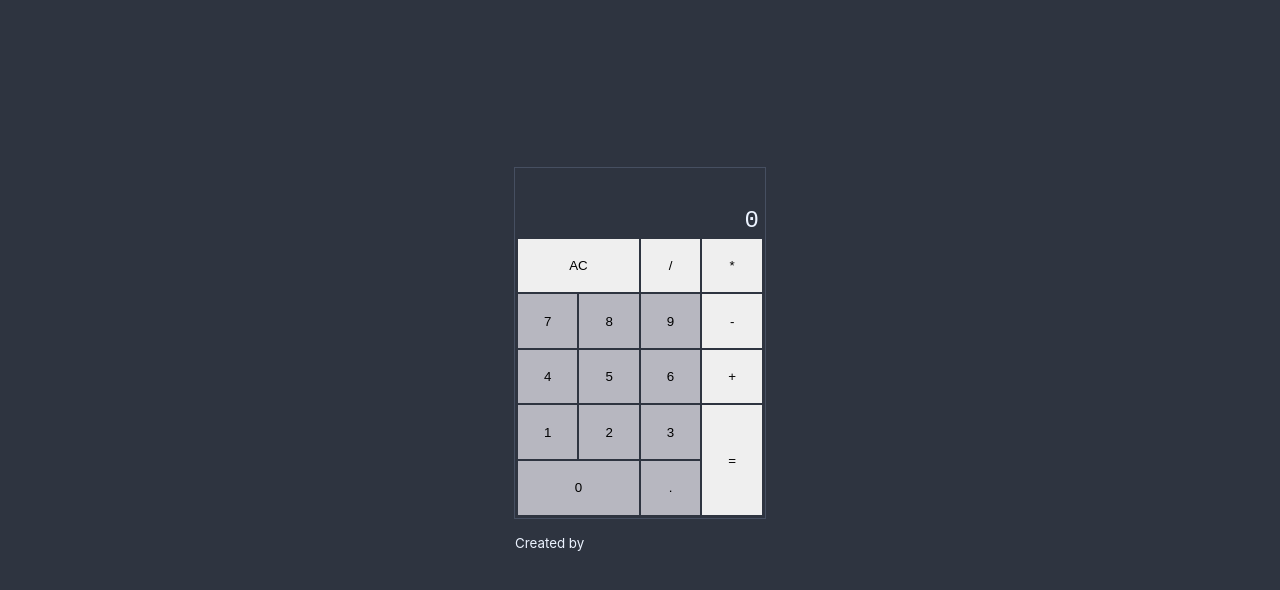
Repository: asing44/FCC
Page: / (app in Front-End-Projects/Calculator/)
These files come from the project's save history. The page is drawn as it stood at one moment and after the next save; the edit follows.
The browser window is 1280 px wide. The pictures show the whole page.
The project was rebuilt for these pictures with package versions that can differ from the ones it lists, and the page was loaded fresh each time. Also part of the build but not shown: Front-End-Projects/Calculator/vite.config.js.

Above is the page before, as saved 2024-12-14 00:27:44.

### Front-End-Projects/Calculator/src/assets/main.css
@import './base.css';

#app {
  height: 100vh;
  display: grid;
  place-content: center;
  font-weight: normal;
}

.u_content-center {
  display: grid;
  place-content: center;
}

main {
  display: grid;
  place-content: center;
}

small {
  margin-top: 1rem;
}

### Front-End-Projects/Calculator/src/App.vue
<script setup>
import Calculator from './CalculatorMain.vue';
</script>

<template>
  <main>
    <Calculator class="calculator"/>
  </main>
  <small>Created by <strong></strong></small>
</template>

### Front-End-Projects/Calculator/src/assets/base.css
:root {
  --Color-background: #2E3440;
  --Color-text: #ECF3FF;
}

*,
*::before,
*::after {
  box-sizing: border-box;
  margin: 0;
  font-weight: normal;
  transition: all 400ms ease;
}

body {
  min-height: 100vh;
  color: var(--Color-text);
  background: var(--Color-background);
  line-height: 1.4;
  font-family:
    Inter,
    -apple-system,
    BlinkMacSystemFont,
    'Segoe UI',
    Roboto,
    Oxygen,
    Ubuntu,
    Cantarell,
    'Fira Sans',
    'Droid Sans',
    'Helvetica Neue',
    sans-serif;
  font-size: 16px;
  text-rendering: optimizeLegibility;
  -webkit-font-smoothing: antialiased;
  -moz-osx-font-smoothing: grayscale;
}

### Front-End-Projects/Calculator/src/CalculatorMain.vue
<script setup>
import { ref } from 'vue';
import { create, all } from 'mathjs'

const config = {}
const math = create(all, config)

const displayUpper = ref("");
const displayLower = ref("0");
// ?* Need to get rid of "0" after start®

function reset() {
    displayLower.value = "0";
    displayUpper.value = ""
}

let initDisplay = function() {
    let toggler = false;
    if (!toggler) {
        toggler = true;
        displayLower.value = ""
    }
};

function clickHandler(event) {
    displayLower.value = "0";
    initDisplay();
    if (displayUpper.value + event.target.innerText != 0) {
        displayUpper.value = displayUpper.value + event.target.innerText
        event.target.classList.contains('btnDigit') ? appendInput(event) : null
        event.target.classList.contains('btnAction--AC') ? reset() : null
    } if (event.target.innerText.match(/[./+=-]/g)) {
        displayLower.value = event.target.innerText;
    }
    else {
        null
    }
}

function appendInput(event) {
    displayLower.value += event.target.innerText;
}
// Calculates top row
function calculate() {
    let originalString = displayUpper.value;

    let operandCount = 0;
    let numberCount = 0;


    // 1. Split original string
    let splitString = displayUpper.value.split('');
    /*  2 Find if string contains: )
        a. only one or more operand -> return "NAN"
        b. only one or more number -> return number
        c. one or more operand but only one number -> return number
        d. Starts with an operand and is longer than 1? -> remove front operand
    */

    splitString.forEach(item => {
        item.match(/\D/) ? operandCount++ : "";
        item.match(/\d/) ? numberCount++ : "";
    })

    // Testing for base cases
    if ((originalString.length == operandCount) && numberCount == 0) {
        console.log("NAN")
    } if (originalString.length == numberCount) {
        console.log("One number")
    } if ((operandCount == originalString.length - 1) && numberCount == 1) {
        console.log("Case: one or more operand but only one number")
    } if (originalString.match(/^\D/) && originalString.length > 1) {
        console.log(splitString.slice(1).join(""))
    }

    displayLower.value = math.evaluate(displayUpper.value)
}

</script>

<template>
    <div class="calculator">
        <div class="display">
            <div class="display__upper">
                {{ displayUpper }}
            </div>
            <div class="display__inner">
                {{ displayLower }}
            </div>
        </div>
        <button class="btnAction btnAction--AC" @click="clickHandler">AC</button>
        <button class="btnAction btnAction--divide" @click="clickHandler">/</button>
        <button class="btnAction btnAction--multiply" @click="clickHandler">*</button>
        <button class="btnAction btnAction--minus" @click="clickHandler">-</button>
        <button class="btnAction btnAction--plus" @click="clickHandler">+</button>
        <button class="btnAction btnAction--enter" @click="calculate">=</button>
        <button class="btnDigit btnDigit--dot" @click="clickHandler">.</button>
        <button class="btnDigit btnDigit--0" @click="clickHandler">0</button>
        <button class="btnDigit btnDigit--1" @click="clickHandler">1</button>
        <button class="btnDigit btnDigit--2" @click="clickHandler">2</button>
        <button class="btnDigit btnDigit--3" @click="clickHandler">3</button>
        <button class="btnDigit btnDigit--4" @click="clickHandler">4</button>
        <button class="btnDigit btnDigit--5" @click="clickHandler">5</button>
        <button class="btnDigit btnDigit--6" @click="clickHandler">6</button>
        <button class="btnDigit btnDigit--7" @click="clickHandler">7</button>
        <button class="btnDigit btnDigit--8" @click="clickHandler">8</button>
        <button class="btnDigit btnDigit--9" @click="clickHandler">9</button>
    </div>
</template>

<style scoped>

    .calculator {
        display: grid;
        height: clamp(350px, 45vh, 800px);
        width: clamp(200px, 35vw, 250px);
        outline: 1px solid #464F61;
        border: 2px solid #2E3440;
        background-color: #C2C2D7;
        grid-template-rows: repeat(6, 1fr);
        grid-template-areas:
            "display display display display""AC AC divide multiply""seven eight nine minus""four five six plus""one two three enter""zero zero decimal enter";
    }

    .btnAction, .btnDigit {
        height: auto;
        border: 1px solid #2E3440;
    }

    /* --------------------------------- Display -------------------------------- */

    .display {
        grid-area: display;
        min-height: 4.25rem;
        background-color: #2E3440;
    }

    .display__inner, .display__upper {
        display: flex;
        height: 50%;
        justify-content: end;
        align-items: center;
        padding: 4px;
        font-family: monospace;
        font-size: 1.5rem;
    }

    .display__upper {
        color: #E9DAAA;
        font-size: 1.25rem;
    }

/* -------------------------------------------------------------------------- */
/*                                   Buttons                                  */
/* -------------------------------------------------------------------------- */

.btnDigit {
    background-color: #b7b7c0;
}

/* ---------------------------------- Areas --------------------------------- */

    .btnAction--AC {
        grid-area: AC;
    }

    .btnAction--divide {
        grid-area: divide;
    }

    .btnAction--multiply {
        grid-area: multiply;
    }

    .btnAction--minus {
        grid-area: minus;
    }

    .btnAction--plus {
        grid-area: plus;
    }

    .btnAction--enter {
        grid-area: enter;
    }

    .btnDigit--7 {
        grid-area: seven;
    }

    .btnDigit--8 {
        grid-area: eight;
    }

    .btnDigit--9 {
        grid-area: nine;
    }

    .btnDigit--6 {
        grid-area: six;
    }

    .btnDigit--5 {
        grid-area: five;
    }

    .btnDigit--4 {
        grid-area: four;
    }

    .btnDigit--3 {
        grid-area: three;
    }

    .btnDigit--2 {
        grid-area: two;
    }

    .btnDigit--1 {
        grid-area: one;
    }

    .btnDigit--0 {
        grid-area: zero;
    }

    .btnDigit--dot {
        grid-area: decimal;
    }

</style>

Loaded but not shown: Front-End-Projects/Calculator/index.html (common file); Front-End-Projects/Calculator/src/main.js (common file)

After the next save:
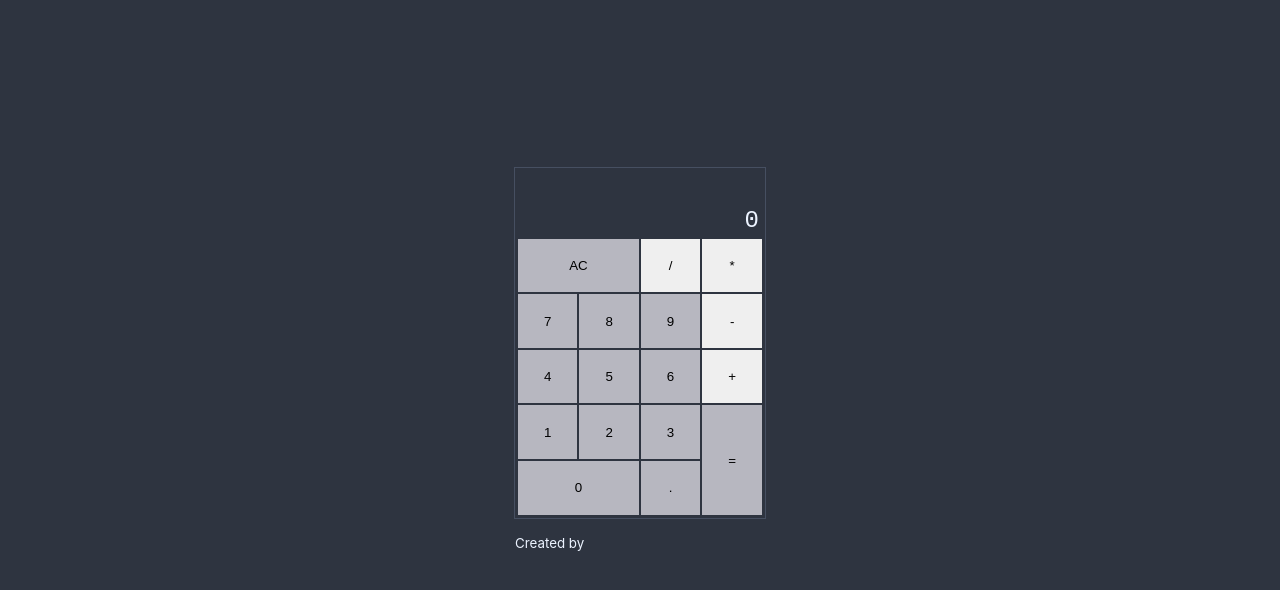
Saved 39 s later.
--- a/Front-End-Projects/Calculator/src/CalculatorMain.vue
+++ b/Front-End-Projects/Calculator/src/CalculatorMain.vue
@@ -158,6 +158,14 @@ function calculate() {
     background-color: #b7b7c0;
 }
 
+.btnAction--AC {
+    background-color: #b7b7c0;
+}
+
+.btnAction--enter {
+    background-color: #b7b7c0;
+}
+
 /* ---------------------------------- Areas --------------------------------- */
 
     .btnAction--AC {
